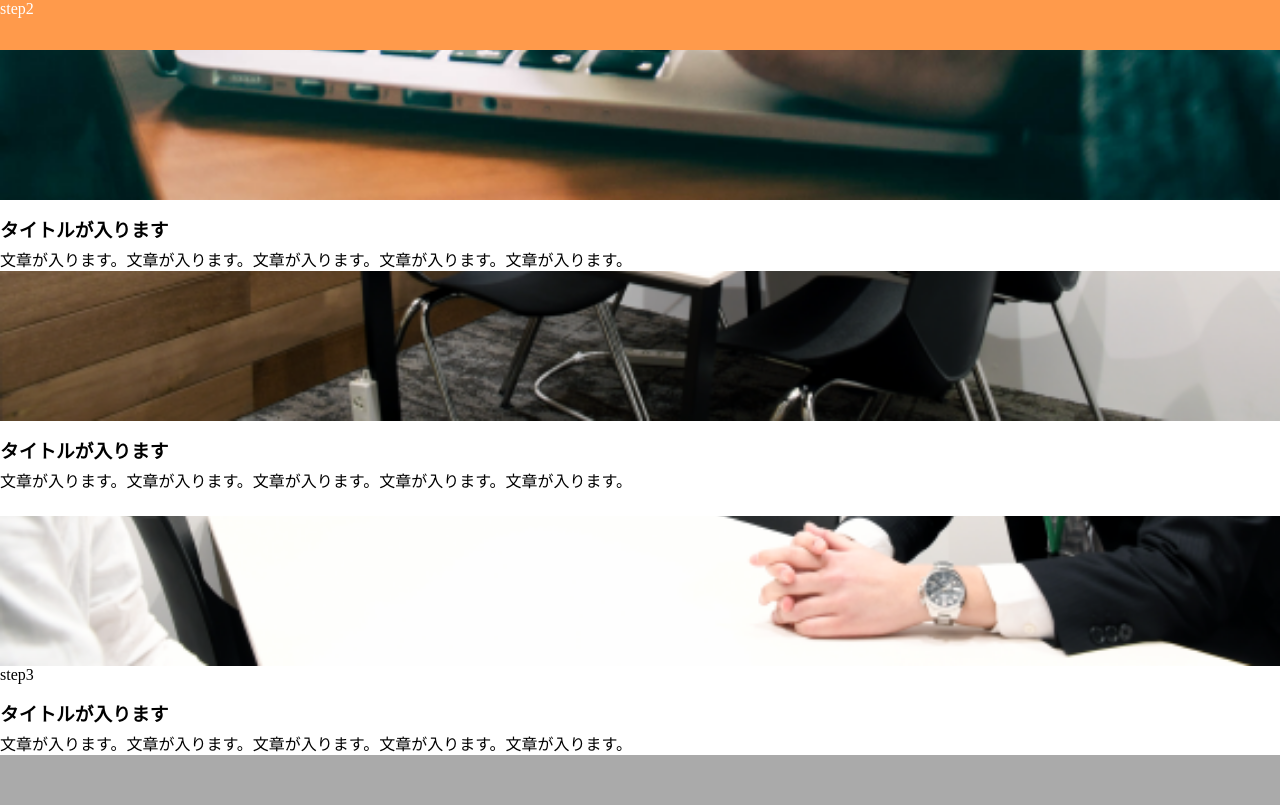
Repository: trmtmy/debug2
Page: chapter9/chapter9.html
The author's editor kept a record of every edit. The page is drawn from the files as they stood at one moment, then again after the next edit.
The browser window is 1280 px wide. The pictures show the whole page.
Some web libraries are served in a nearby version.

Above is the page before.

After the next edit:
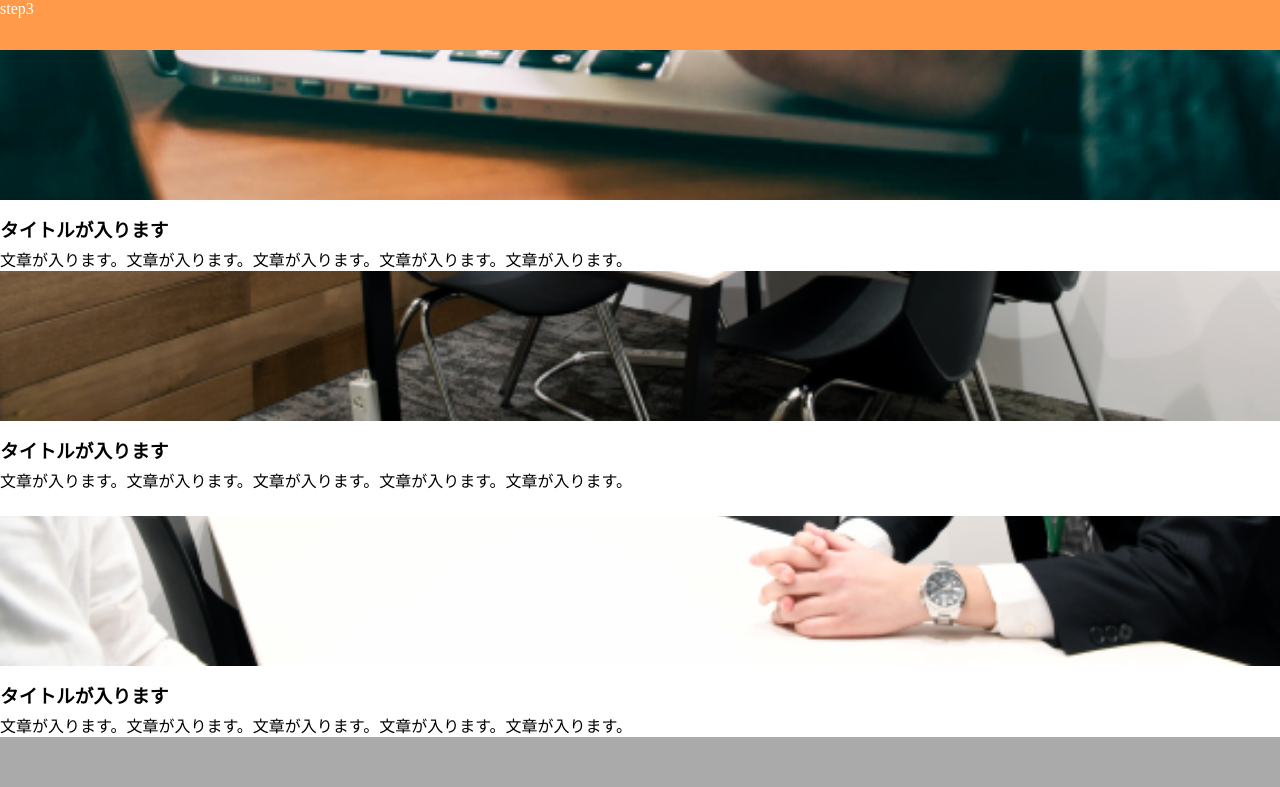
The edit:
--- a/chapter9/chapter9.html
+++ b/chapter9/chapter9.html
@@ -33,7 +33,7 @@
 
   <div class="box3">
   　 <div class="img3"></div>
-    <span class="step3">step3</span>
+    <span class="step">step3</span>
     <h3 class="title">タイトルが入ります</h3>
     <p class="text">文章が入ります。文章が入ります。文章が入ります。文章が入ります。文章が入ります。</p>
   </div>
